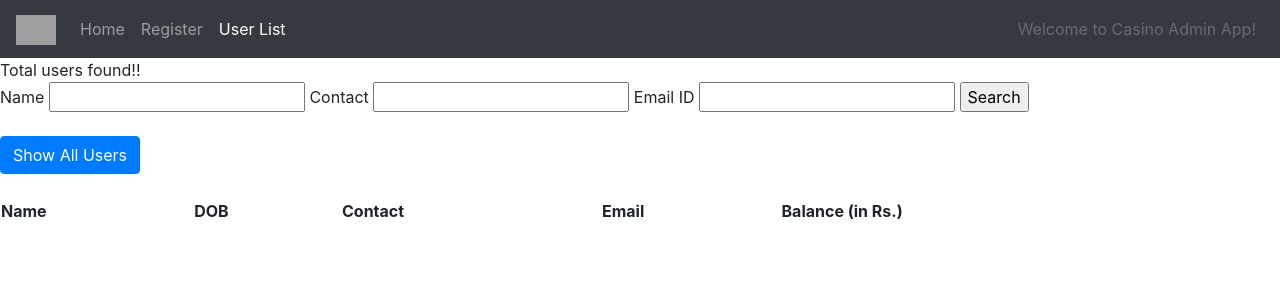
Repository: piyushrulesyou/CasinoGameApplication
Page: http://localhost/adminPanel/UsersList.jsp
These files come from the project's save history. The page is drawn as it stood at one moment and after the next save; the edit follows.
The browser window is 1280 px wide. The pictures show the whole page.
Pictures or frames that could not be fetched are drawn as grey boxes. The page is served by Tomcat 9. Nobody is signed in. The application's start-up code is not run.

Above is the page before, as saved 2019-11-01 08:10:30.

After the next save:
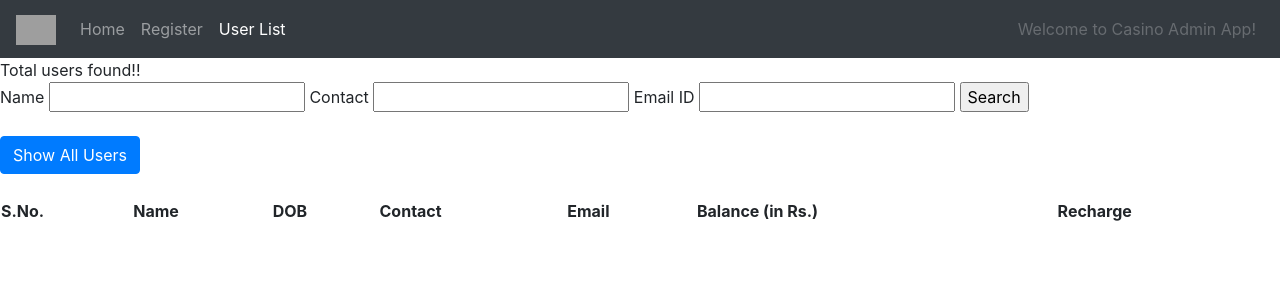
Saved 2 min 28 s later.
--- a/AdminPanel/adminPanel/src/main/webapp/UsersList.jsp
+++ b/AdminPanel/adminPanel/src/main/webapp/UsersList.jsp
@@ -67,11 +67,13 @@
 
 		<table width="100%" class="w3-table-all w3-centered">
 			<tr>
+				<th>S.No.</th>
 				<th>Name</th>
 				<th>DOB</th>
 				<th>Contact</th>
 				<th>Email</th>
 				<th>Balance (in Rs.)</th>
+				<th>Recharge</th>
 			</tr>
 
 			<c:forEach items="${listOfUsers}" var="eachUser">
